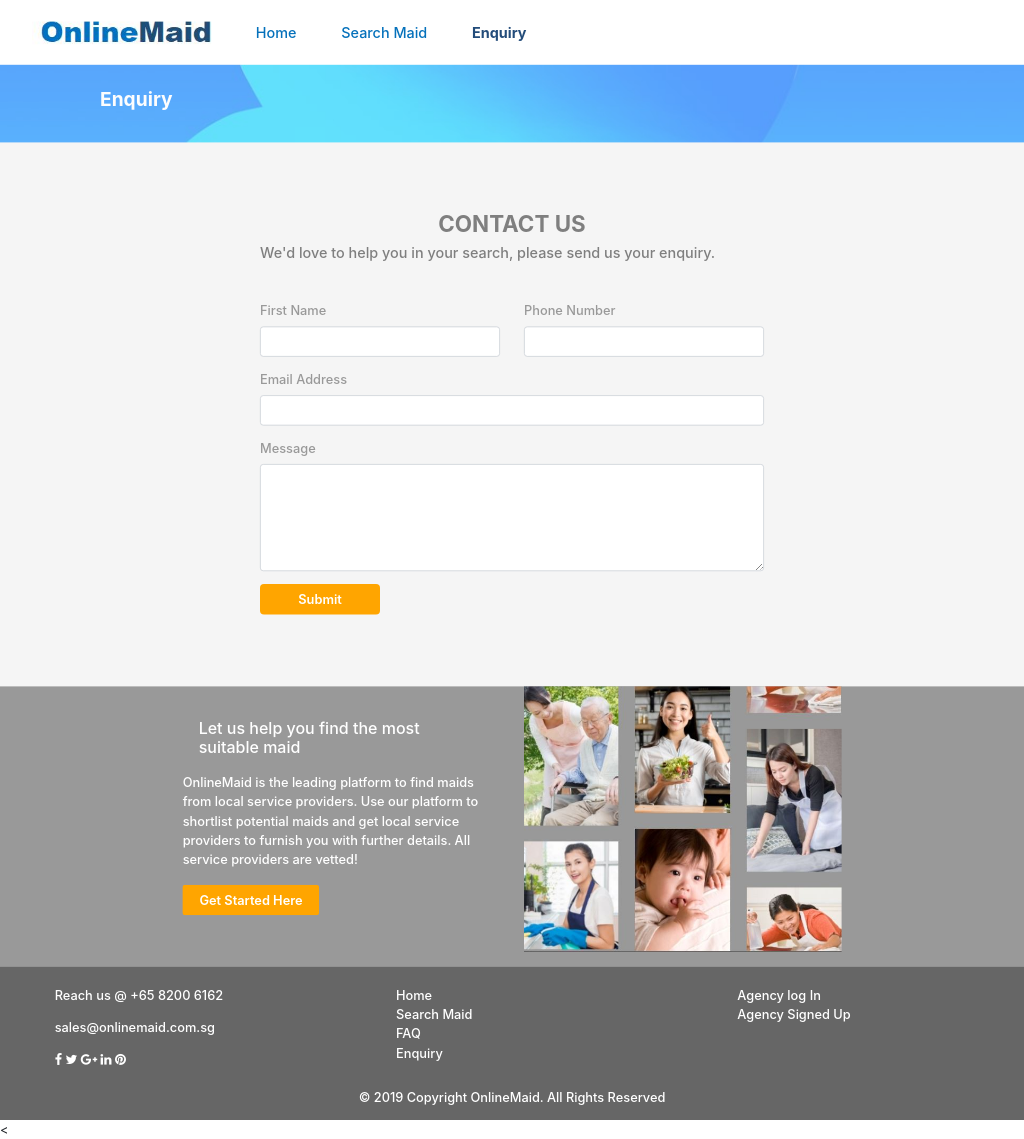
Repository: Code-Institute-Submissions/Project-1---Online-Maid
Page: enquiry.html
The author's editor kept a record of every edit. The page is drawn from the files as they stood at one moment, then again after the next edit.
The browser window is 1280 px wide. The pictures show the whole page, at 80% of full size.
Some web libraries are served in a nearby version.

Above is the page before.

After the next edit:
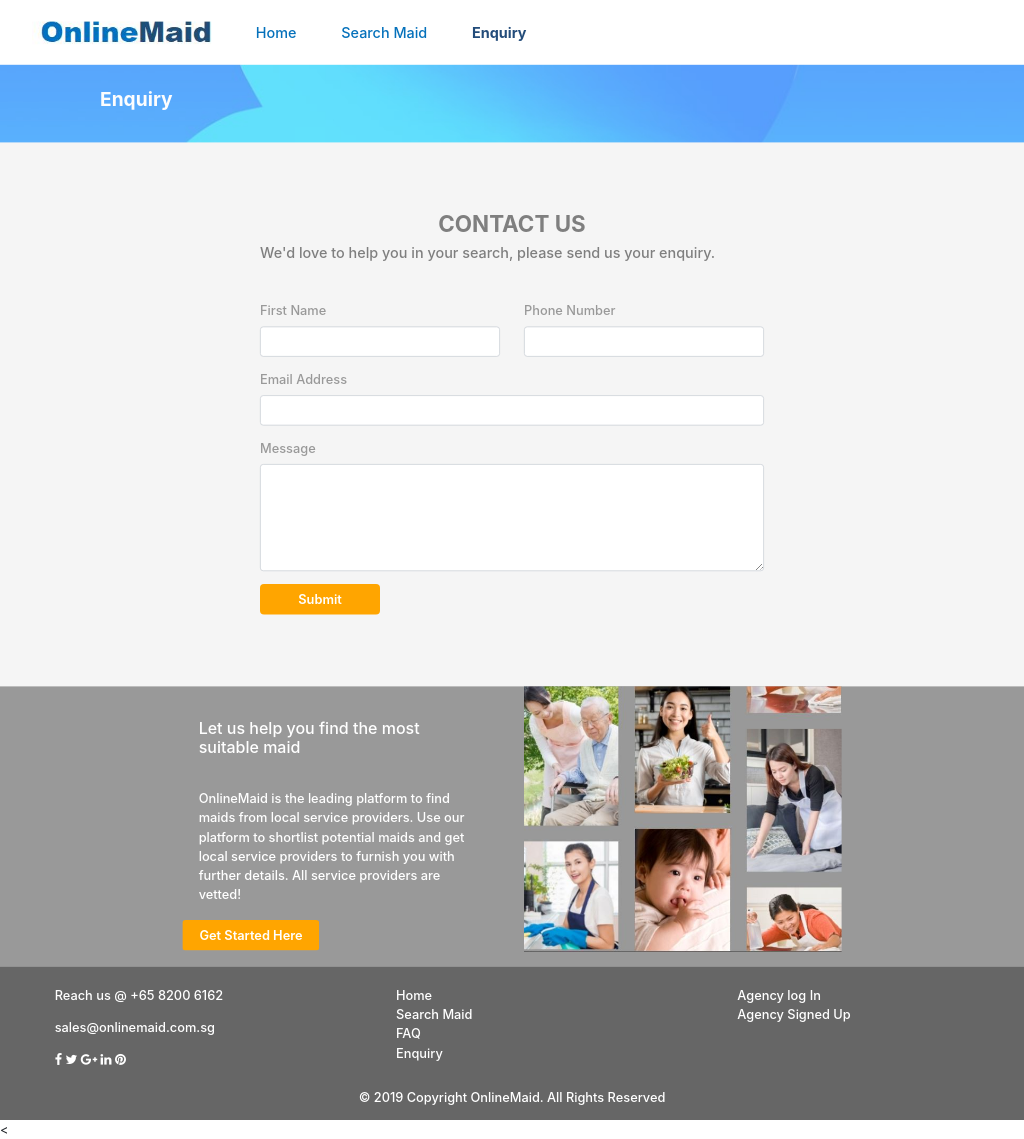
The edit:
--- a/style.css
+++ b/style.css
@@ -198,7 +198,7 @@
 
 .enquiry-content {
  font-size: 16px;
- margin-bottom: 20px;
+ margin: 40px 20px 20px;
  color: white;
 }
 
